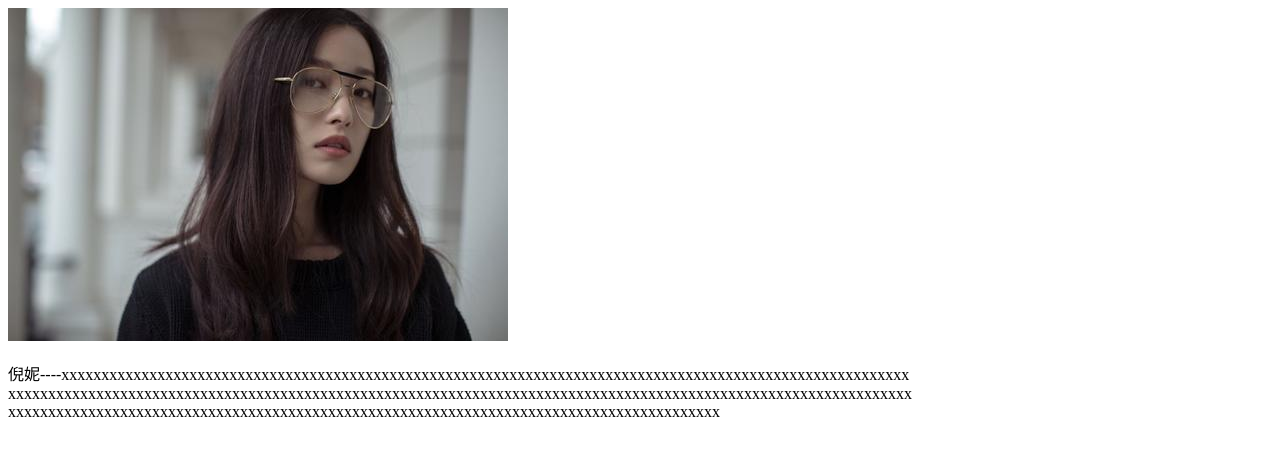
Repository: Germtao/Web
Page: web_css/css_浮动.html
The author's editor kept a copy of each file at every save. The page is drawn from the files as they stood at one save, then again after the next save.
The browser window is 1280 px wide. The pictures show the whole page.

Above is the page before, as saved 2020-10-29 18:00:00.

### web_css/css_浮动.html
<!DOCTYPE html>
<html lang="en">

<head>
  <meta charset="UTF-8">
  <meta name="viewport" content="width=device-width, initial-scale=1.0">
  <title>css-浮动</title>

  <!-- <style type="text/css">
    span {
      font-size: 100px;
    }
  </style> -->

  <!-- 行内元素和块级元素 -->
  <!-- 行内元素和块级元素的区别：
    行内元素：
      - 与其他行内元素并排
      - 不能设置宽、高。默认的宽度，就是文字的宽度
    块级元素：
      - 霸占一行，不能与其他任何元素并列
      - 能接受宽、高。如果不设置宽度，那么宽度将默认变为父亲的100%
   -->
  <!-- <style type="text/css">
    h1 {
      background-color: pink;
      width: 500px;
      height: 80px;
    }

    span {
      display: block;
      background: red;
      /* 设置无效 */
      width: 500px;
      height: 80px;
    }

    div {
      display: inline;
      background-color: pink;
      width: 500px;
      height: 80px;
    }
  </style> -->

  <!-- css中一共有三种手段，使一个元素脱离标准文档流：
    1. 浮动
    2. 绝对定位
    3. 固定定位
   -->
  <!-- <style type="text/css">
    .box1 {
      float: left;
      width: 200px;
      height: 200px;
      background-color: yellowgreen;
    }

    .box2 {

      width: 300px;
      height: 300px;
      background-color: skyblue;
    }
  </style> -->

  <!-- 性质2：浮动的元素互相贴靠 -->
  <!-- <style type="text/css">
    div {
      font-size: 100px;
    }

    .div1 {
      float: left;
      background-color: greenyellow;
      width: 200px;
      height: 300px;
    }

    .div2 {
      float: left;
      background-color: pink;
      width: 100px;
      height: 200px;
    }

    .div3 {
      float: left;
      background-color: skyblue;
      width: 300px;
      height: 300px;
    }
  </style> -->

  <!-- 性质3：浮动的元素有“字围”效果 -->

</head>

<body>
  <!-- <p>
    哈哈
    <span>王者荣耀</span>
    哈哈哈哈哈哈哈
    <img src="http://img.smyhvae.com/20170729_1445.png" alt="">
    <img src="http://img.smyhvae.com/20170729_1502.png" alt="">
  </p> -->

  <!-- 行内元素和块级元素 -->
  <!-- <h1>内容1</h1>
  <h1>内容2</h1>

  <span>内容3</span>
  <span>内容4</span>

  <div>我是大标题</div> -->

  <!-- 浮动 -->
  <!-- <div class="box1"></div>
  <div class="box2"></div> -->

  <!-- 性质2：浮动的元素互相贴靠 -->
  <!-- <div class="div1">1</div>
  <div class="div2">2</div>
  <div class="div3">3</div> -->

  <!-- 性质3：浮动的元素有“字围”效果 -->
  <div>
    <img src="./img/倪妮.jpg">
  </div>
  <p>倪妮----xxxxxxxxxxxxxxxxxxxxxxxxxxxxxxxxxxxxxxxxxxxxxxxxxxxxxxxxxxxxxxxxxxxxxxxxxxxxxxxxxxxxxxxxxxxxxxxxxxxxxxxxxx
    xxxxxxxxxxxxxxxxxxxxxxxxxxxxxxxxxxxxxxxxxxxxxxxxxxxxxxxxxxxxxxxxxxxxxxxxxxxxxxxxxxxxxxxxxxxxxxxxxxxxxxxxxxxxxxxxx
    xxxxxxxxxxxxxxxxxxxxxxxxxxxxxxxxxxxxxxxxxxxxxxxxxxxxxxxxxxxxxxxxxxxxxxxxxxxxxxxxxxxxxxxxx
  </p>
</body>

</html>

After the next save:
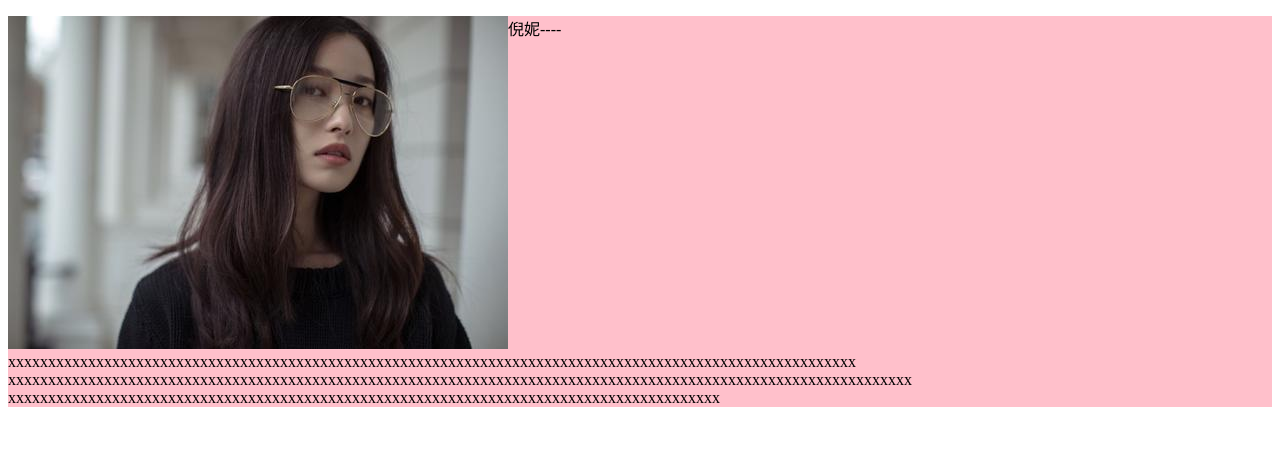
Saved 53 s later.
--- a/web_css/css_浮动.html
+++ b/web_css/css_浮动.html
@@ -94,7 +94,15 @@
   </style> -->
 
   <!-- 性质3：浮动的元素有“字围”效果 -->
+  <style type="text/css">
+    div {
+      float: left;
+    }
 
+    p {
+      background-color: pink;
+    }
+  </style>
 </head>
 
 <body>
